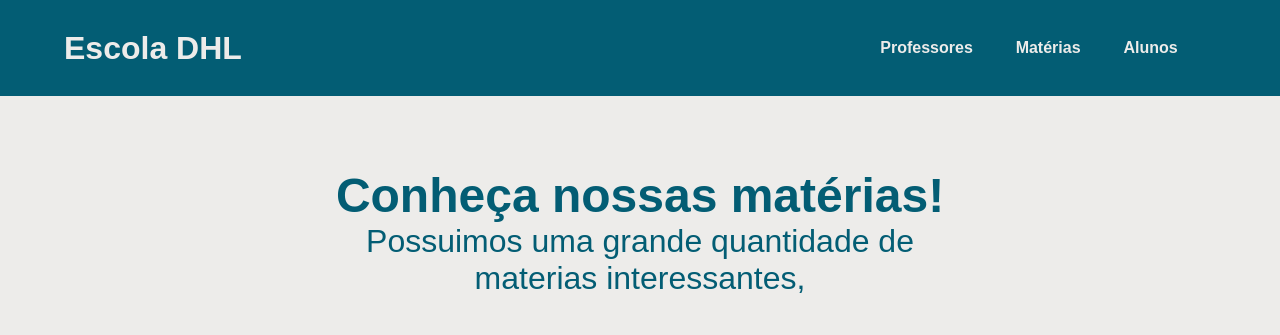
Repository: SirHick/sa-sistema-escola-DHL
Page: front/materias.html
These files come from the project's save history. The page is drawn as it stood at one moment and after the next save; the edit follows.
The browser window is 1280 px wide. The pictures show the whole page.

Above is the page before, as saved 2026-07-17 16:22:59.

After the next save:
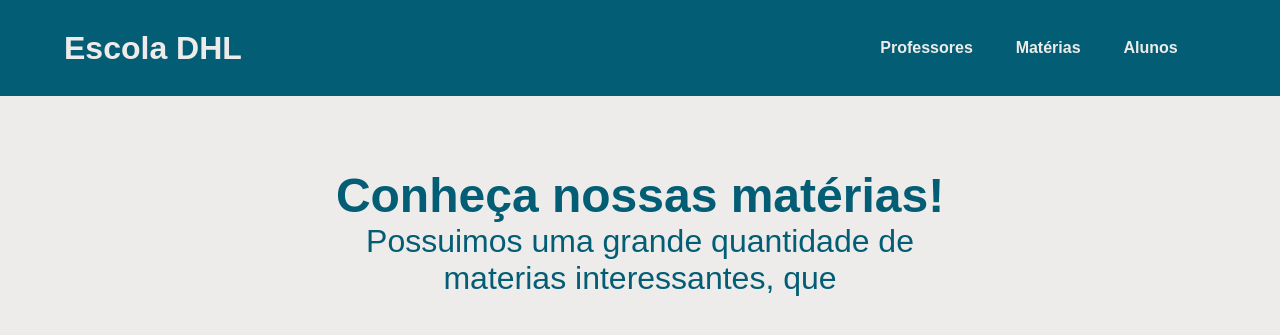
Saved 4 s later.
--- a/front/materias.html
+++ b/front/materias.html
@@ -22,8 +22,7 @@
     <section class = "main-text">
             <h2>Conheça nossas matérias!</h2>
 
-            <p>Possuimos uma grande quantidade de materias interessantes,
-
+            <p>Possuimos uma grande quantidade de materias interessantes, que
             </p>
     </section>
 
